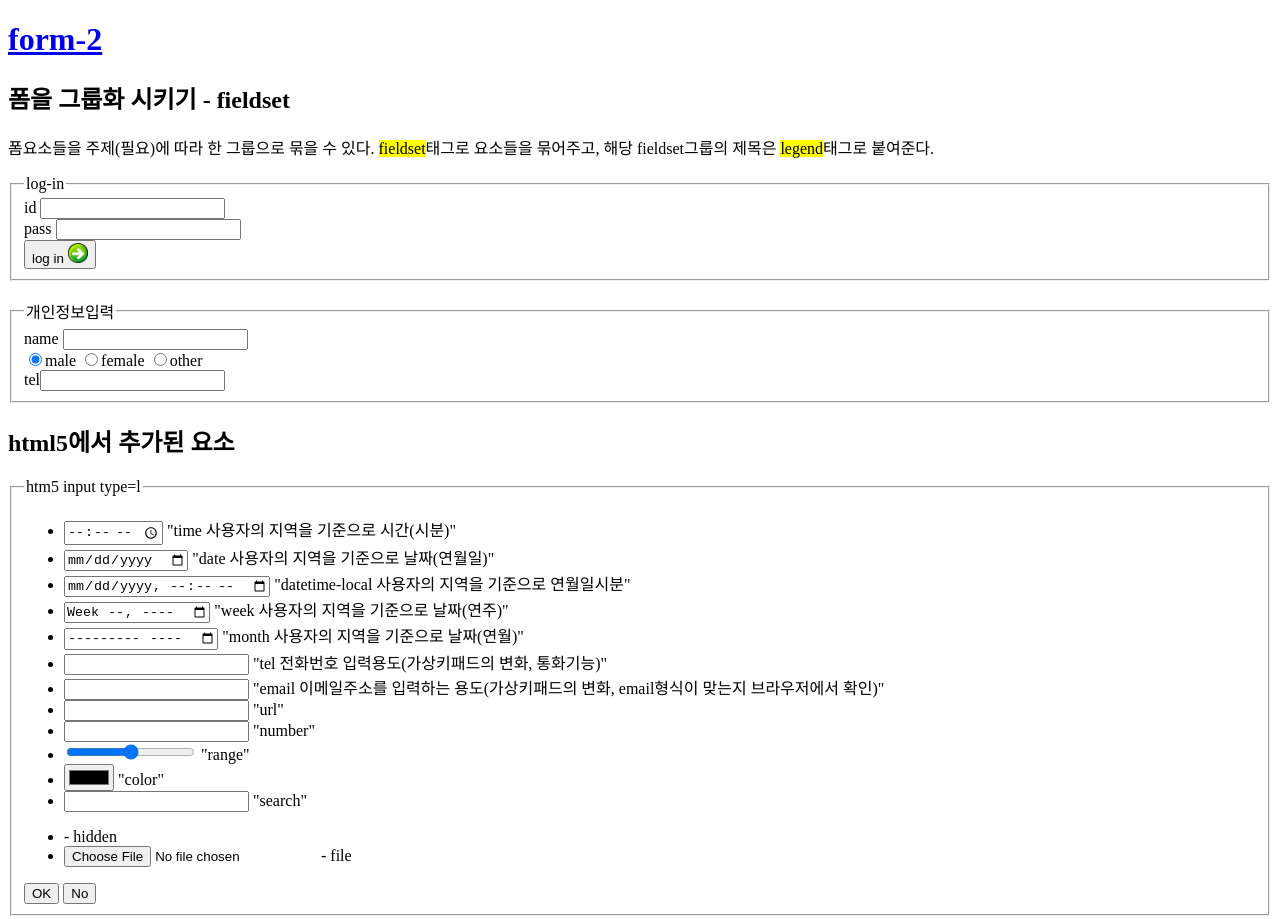
Repository: ReadStar/Web
Page: Html/html5/WebContent/form-2.html
The author's editor kept a copy of each file at every save. The page is drawn from the files as they stood at one save, then again after the next save.
The browser window is 1280 px wide. The pictures show the whole page.

Above is the page before, as saved 2020-08-13 07:25:43.

### Html/html5/WebContent/form-2.html
<!DOCTYPE html>
<html>
<head>
<meta charset="UTF-8">
<title>Insert title here</title>
</head>
<body>
<h1><a href="form-1.html">form-2</a></h1>
<h2>폼을 그룹화 시키기 - fieldset</h2>
<p>
폼요소들을 주제(필요)에 따라 한 그룹으로 묶을 수 있다.
<mark>fieldset</mark>태그로 요소들을 묶어주고,
해당 fieldset그룹의 제목은 <mark>legend</mark>태그로 붙여준다.
</p>
<form action="test,jsp" method="post">
<fieldset>
	<legend>log-in</legend>
	<label>id <input type="text" maxlength="12"></label><br>
	<label>pass <input type="text" maxlength="12"></label><br>
	<button>log in <img alt="alt" src="img.gif" width="20"></button>
</fieldset>
</form>
<br>
<form>
<fieldset>
<legend>개인정보입력</legend>
<label>name <input type="text"></label><br>
<label><input type="radio" name="gender" checked="checked">male</label>
<label><input type="radio" name="gender">female</label>
<label><input type="radio" name="gender">other</label><br>
<label>tel<input type="tel"></label>
</fieldset>


<h2>html5에서 추가된 요소</h2>
<fieldset>
<legend>htm5 input type=l</legend>
<ul>
<li><input type="time"> "time 사용자의 지역을 기준으로 시간(시분)" </li>
<li><input type="date"> "date 사용자의 지역을 기준으로 날짜(연월일)" </li>
<li><input type="datetime-local"> "datetime-local 사용자의 지역을 기준으로 연월일시분" </li>
<li><input type="week"> "week 사용자의 지역을 기준으로 날짜(연주)" </li>
<li><input type="month"> "month 사용자의 지역을 기준으로 날짜(연월)" </li>
<li><input type="tel"> "tel 전화번호 입력용도(가상키패드의 변화, 통화기능)" </li>
<li><input type="email"> "email 이메일주소를 입력하는 용도(가상키패드의 변화, email형식이 맞는지 브라우저에서 확인)" </li>
<li><input type="url"> "url" </li>
<li><input type="number"> "number" </li>
<li><input type="range"> "range" </li>
<li><input type="color"> "color" </li>
<li><input type="search"> "search" </li>
</ul>
<ul>
<li><input type="hidden"> - hidden</li>
<li><input type="file"> - file</li>
</ul>
<input type="submit" value="OK"> <input type="reset" value = "No">
</fieldset>

</form>
</body>
</html>

After the next save:
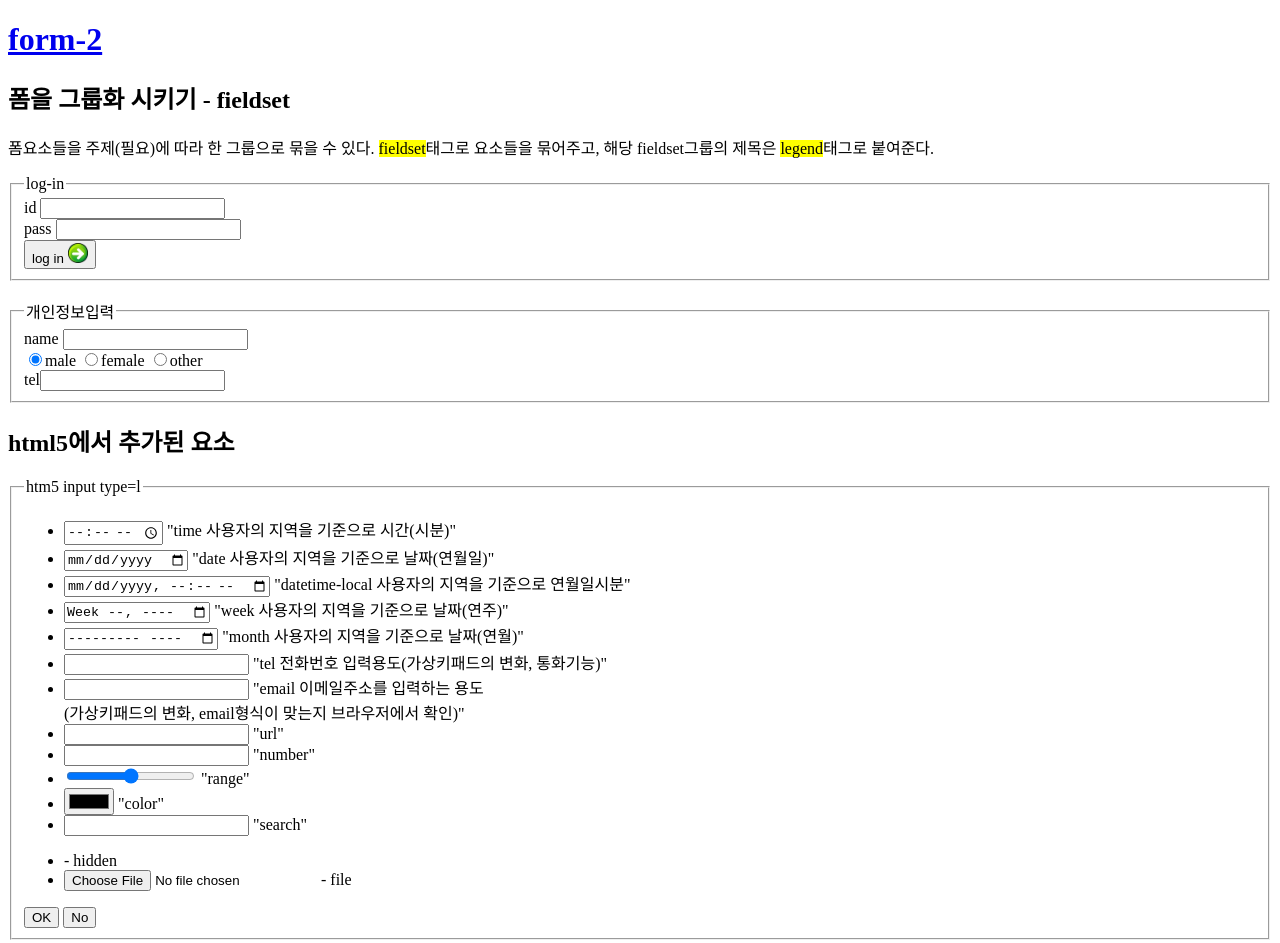
Saved 37 s later.
--- a/Html/html5/WebContent/form-2.html
+++ b/Html/html5/WebContent/form-2.html
@@ -42,7 +42,8 @@
 <li><input type="week"> "week 사용자의 지역을 기준으로 날짜(연주)" </li>
 <li><input type="month"> "month 사용자의 지역을 기준으로 날짜(연월)" </li>
 <li><input type="tel"> "tel 전화번호 입력용도(가상키패드의 변화, 통화기능)" </li>
-<li><input type="email"> "email 이메일주소를 입력하는 용도(가상키패드의 변화, email형식이 맞는지 브라우저에서 확인)" </li>
+<li><input type="email"> "email 이메일주소를 입력하는 용도<br>
+											(가상키패드의 변화, email형식이 맞는지 브라우저에서 확인)" </li>
 <li><input type="url"> "url" </li>
 <li><input type="number"> "number" </li>
 <li><input type="range"> "range" </li>
